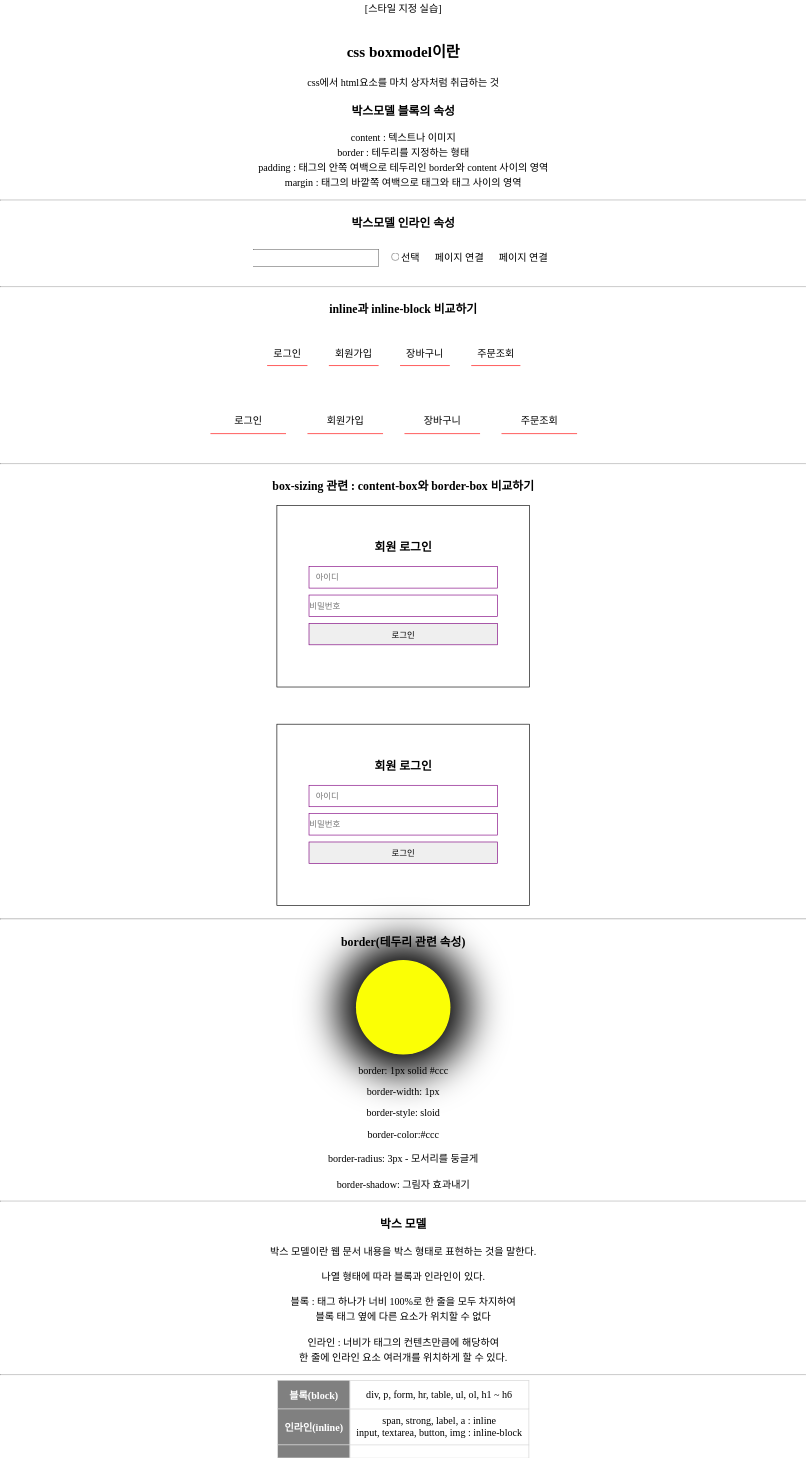
Repository: itkezi/HTML_2022_505
Page: Web/WebContent/style/box.html
An editor plug-in stored every save of this project. The page is shown before and after the next save, followed by the edit.
The browser window is 1280 px wide. The pictures show the whole page, at 63% of full size.

Above is the page before, as saved 2022-03-24 06:28:45.

After the next save:
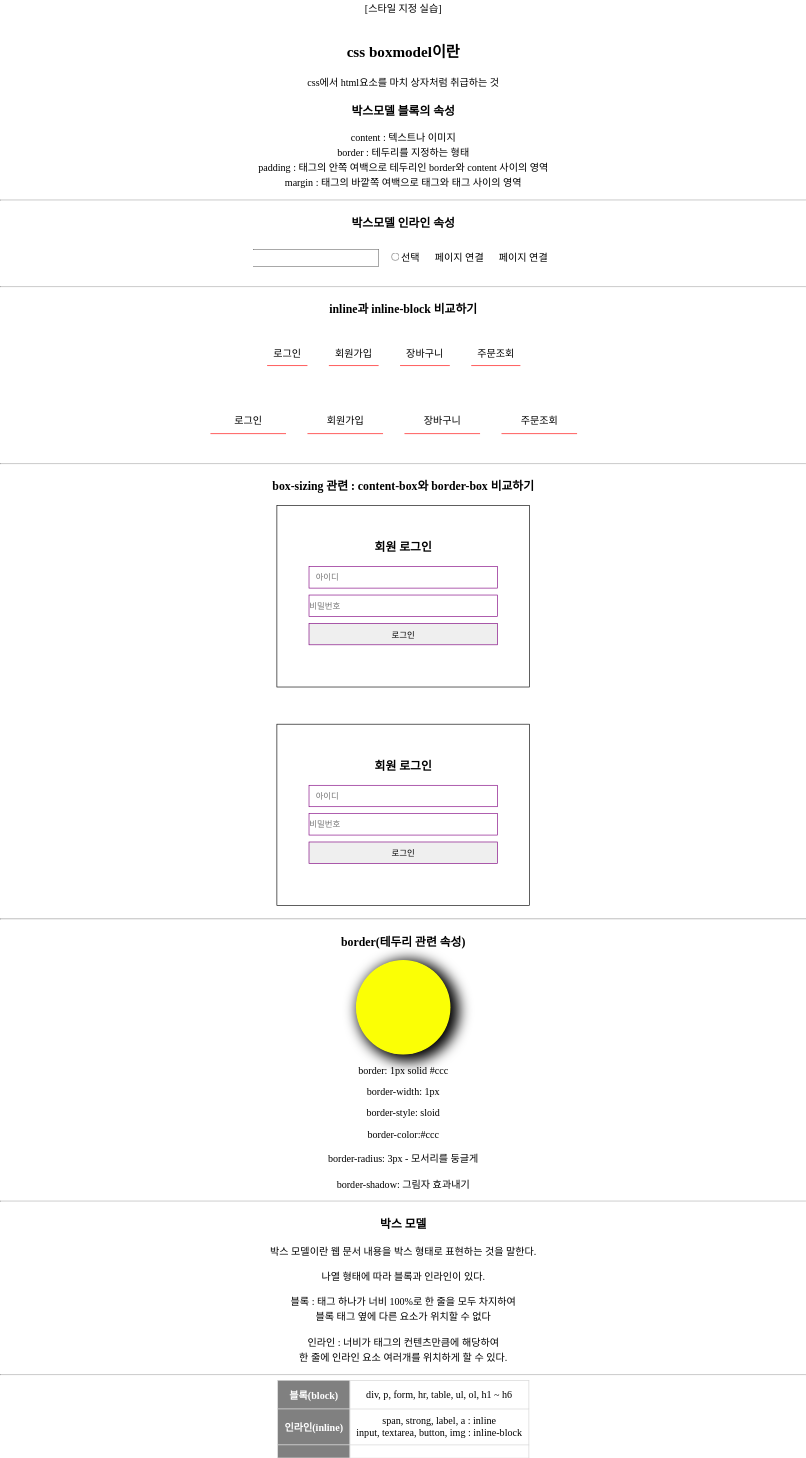
Saved 111 s later.
--- a/Web/WebContent/style/box.html
+++ b/Web/WebContent/style/box.html
@@ -45,7 +45,7 @@
 		background-color: #fbff05;
 		margin: auto;
 		border-radius: 50%; /* 둥글게 만드려면 50% */
-		box-shadow: 0 0 60px 30px; /* 가로 세로 흐림정도 번짐정도 */
+		box-shadow: 8px 5px 20px 6px; /* 가로 세로 흐림정도 번짐정도 */
 		}
 
 	a {
